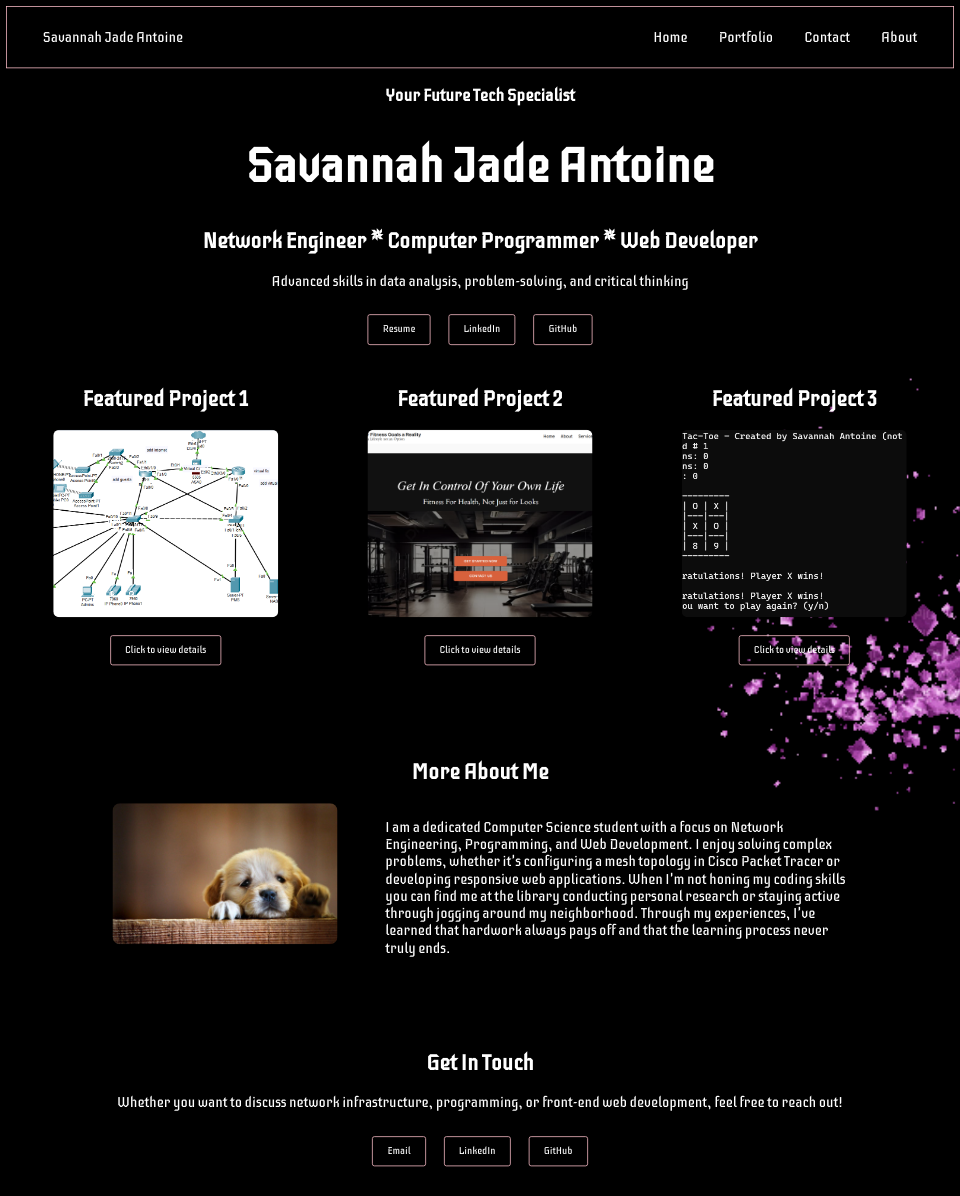
Repository: Savannah-Antoine/Savannah-Antoine
Page: index.html
These files come from the project's save history. The page is drawn as it stood at one moment and after the next save; the edit follows.
The browser window is 1280 px wide. The pictures show the whole page, at 75% of full size.

Above is the page before, as saved 2026-05-16 02:12:29.

After the next save:
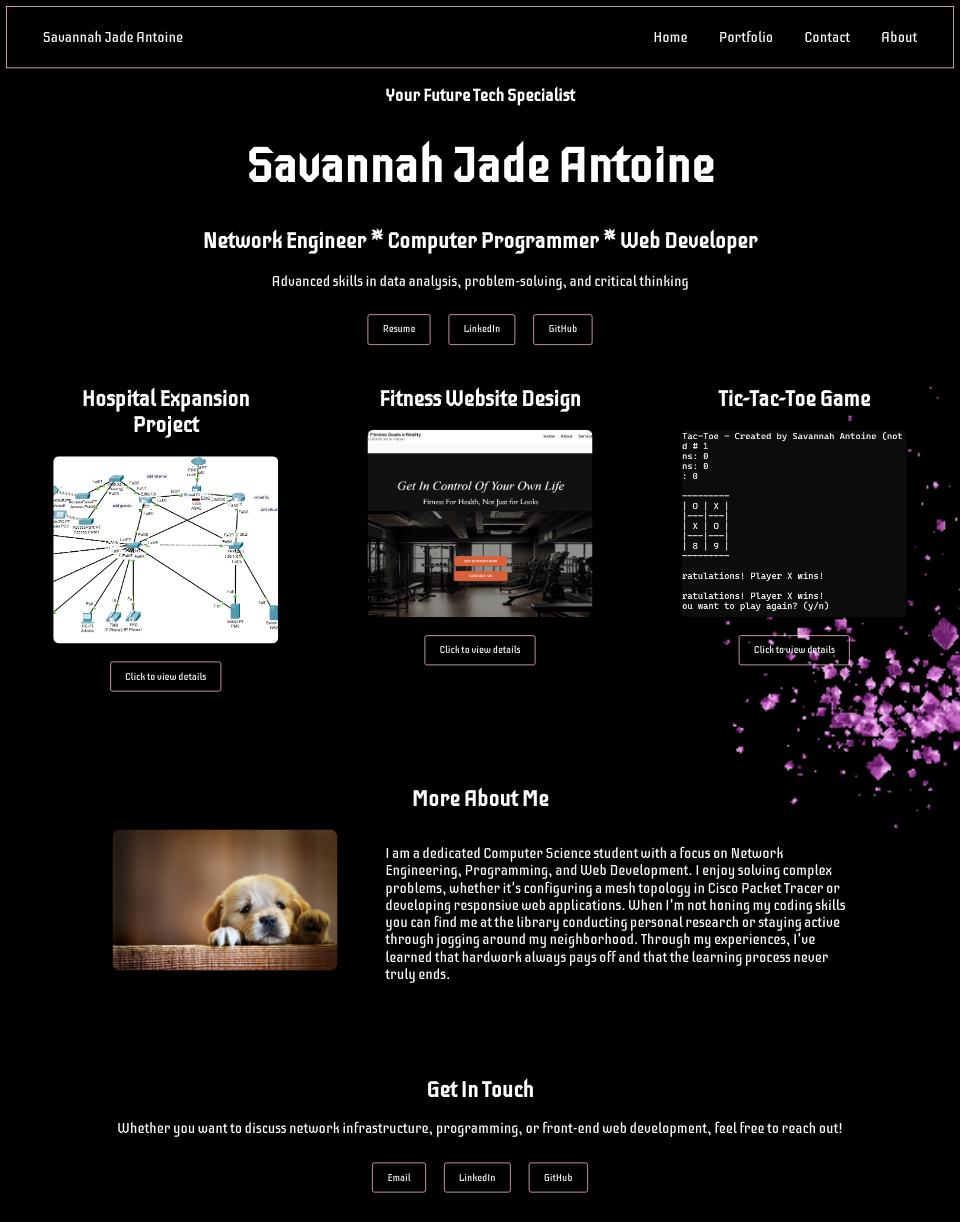
Saved 2 min 39 s later.
--- a/index.html
+++ b/index.html
@@ -35,19 +35,19 @@
 <main class = "container">
 <section id = "PortfolioSection" class = "project-card">
 
-<h2>Featured Project 1</h2>
+<h2>Hospital Expansion Project</h2>
 <img src = "./assets/images/Project1.png" alt = "First Portfolio placeholder image" />
 <p><a href = "./pages/project-name-1.html"><button>Click to view details</button></a>
 </section>
 
 
 <section class = "project-card">
-<h2>Featured Project 2</h2>
+<h2>Fitness Website Design</h2>
 <img src = "./assets/images/Project2.png" alt = "Second Portfolio placeholder image" />
 <p><a href = "./pages/project-name-2.html"><button>Click to view details</button></a>
 </section>
 <section class = "project-card">
-<h2>Featured Project 3</h2>
+<h2>Tic-Tac-Toe Game</h2>
 <img src = "./assets/images/Project3.png" alt = "Third Portfolio placeholder image" />
 <p><a href = "./pages/project-name-3.html"><button>Click to view details</button></a>
 </section>
--- a/styles/globals.css
+++ b/styles/globals.css
@@ -10,7 +10,7 @@ body {
   background-repeat: no-repeat;
   background-size: cover;
   color: white;
-  font-size: 0.8rem;
+  font-size: 1rem;
   text-align: center;
   font-family: "ice", serif, 'Times New Roman';
 }
